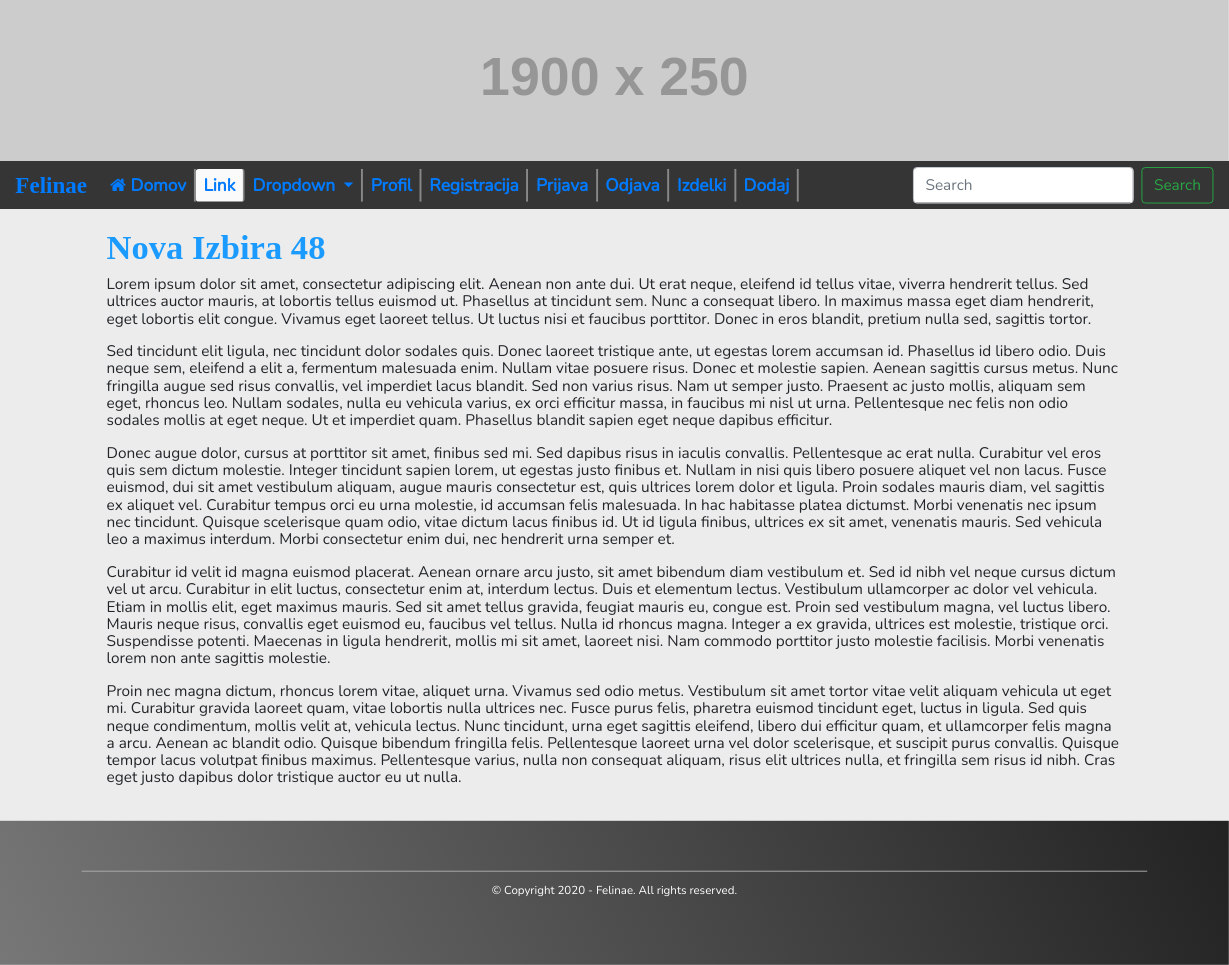
Repository: UrbyK/Felinae
Page: http://localhost/index.php?page=home
An editor plug-in stored every save of this project. The page is shown before and after the next save, followed by the edit.
The browser window is 1280 px wide. The pictures show the whole page, at 96% of full size.
Some web fonts or font styles are not loaded; a fallback is used. The page is run by PHP 8.4 with error messages shown; the project is at /var/www/html/.

Above is the page before, as saved 2020-08-29 18:32:17.

After the next save:
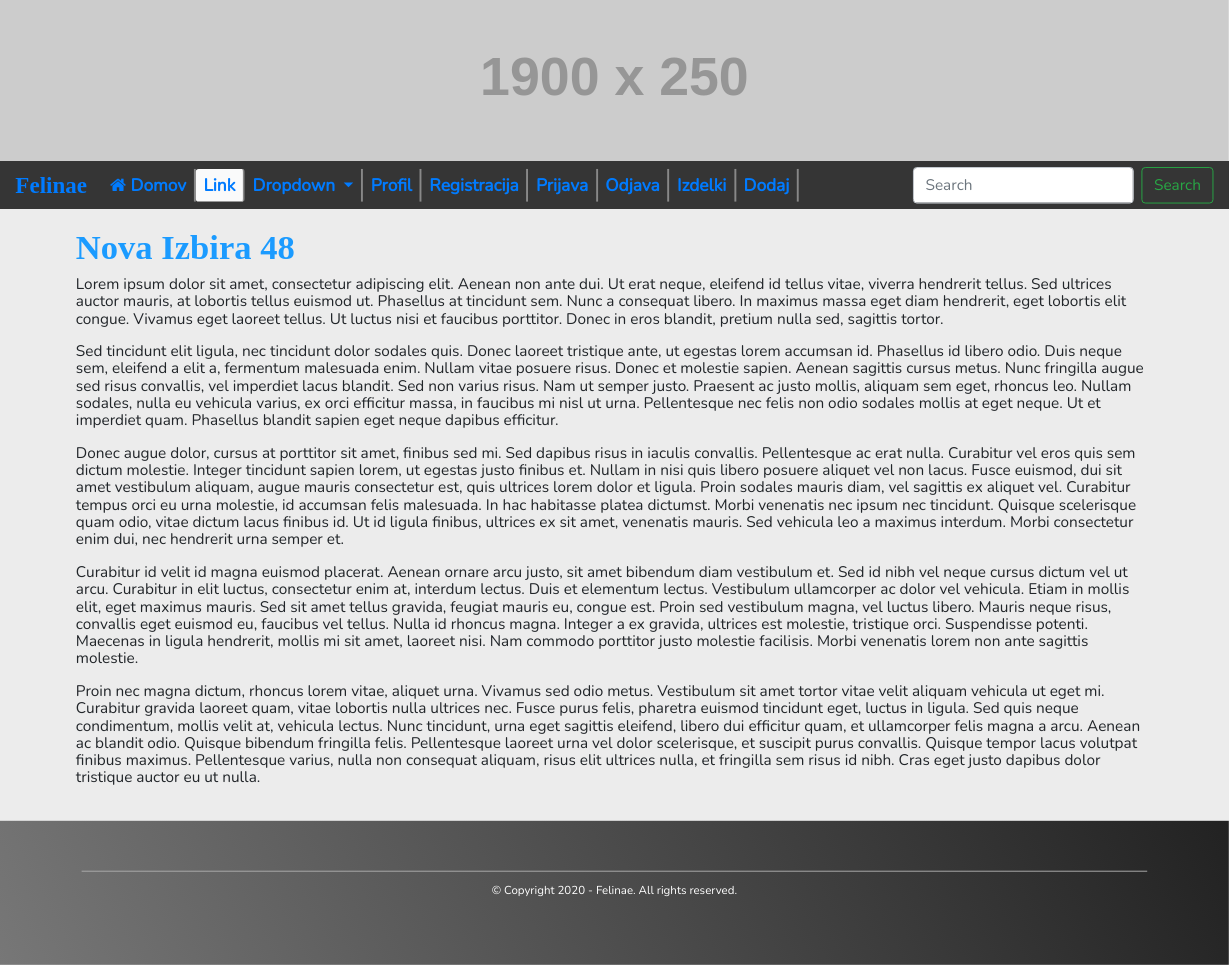
Saved 42 s later.
--- a/css/style.css
+++ b/css/style.css
@@ -48,7 +48,7 @@ h6{
 }
 
 .container-fluid{
-  width: 85%;
+  width: 90%;
 }
 
 .container, .container-fluid{
